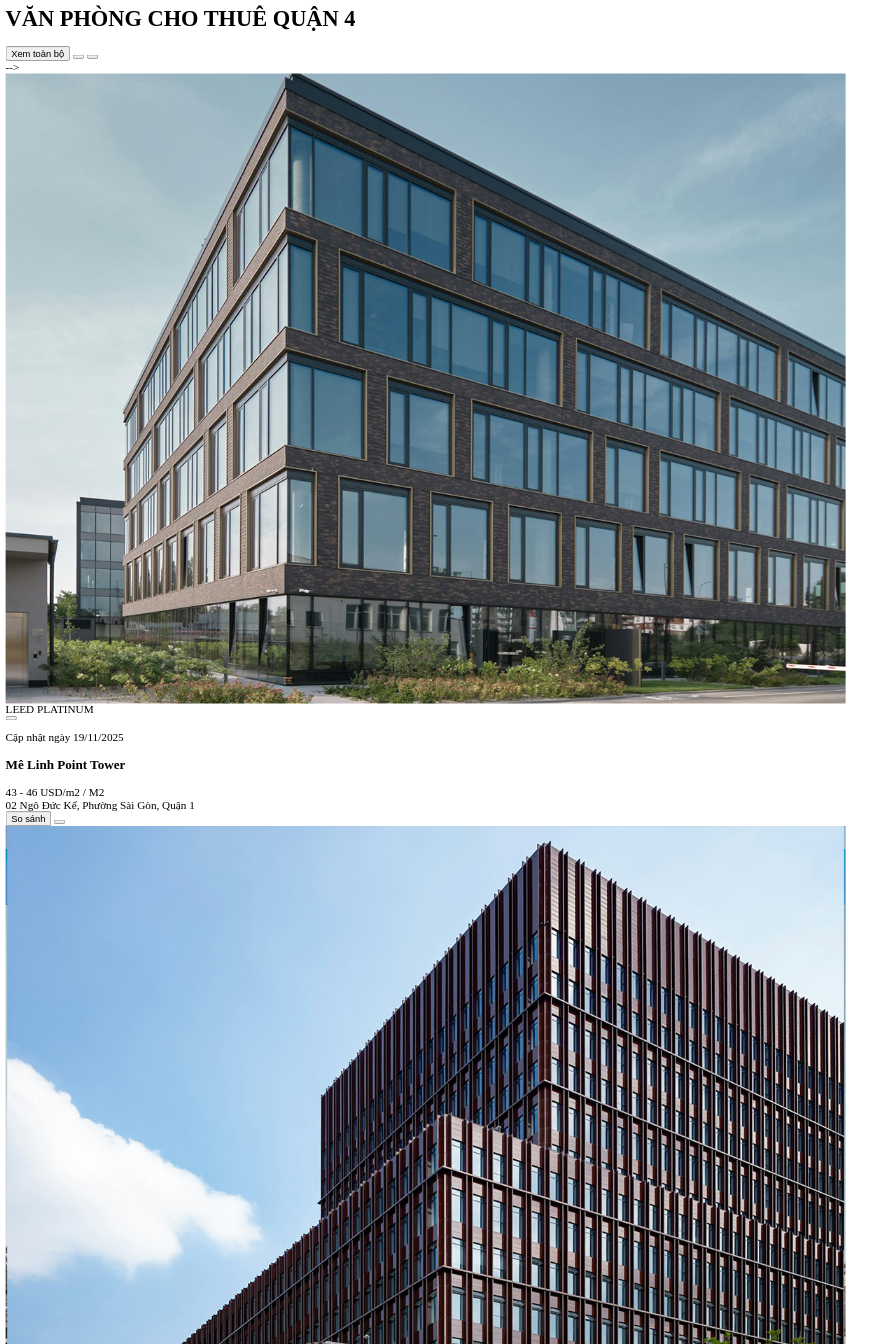
Repository: HuyTranTuan/anphuholdings
Page: partials/office-rental/office-rental-ward-4.html
The author's editor kept a copy of each file at every save. The page is drawn from the files as they stood at one save, then again after the next save.
The browser window is 1280 px wide. The pictures show the part of the page from y = 0 to 1920 px (the page is 4411 px tall before and 4393 px after), at 70% of full size.

Above is the page before, as saved 2025-12-22 14:25:05.

### partials/office-rental/office-rental-ward-4.html
<div class="mx-auto ">
    <div class="mb-8 flex items-center justify-between">
        <h1 data-aos="fade" data-aos-duration="1000" data-aos-easing="ease-in-out" class="text-3xl font-bold text-navy">
            VĂN PHÒNG CHO THUÊ QUẬN 4
        </h1>
        <div data-aos="fade-up" data-aos-duration="1000" data-aos-easing="ease-in-out" class="flex gap-3">
            <button class="rounded-lg bg-navy px-5 py-2 text-white transition hover:bg-navy-light">
                Xem toàn bộ
            </button>
            <button class="rounded-lg border border-gray-300 p-2 transition hover:bg-gold/10">
                <i class="fas fa-chevron-left text-navy"></i>
            </button>
            <button class="rounded-lg border border-gray-300 p-2 transition hover:bg-gold/10">
                <i class="fas fa-chevron-right text-navy"></i>
            </button>
        </div> -->
        <!-- <div data-include="./partials/office-rental/view-full-details.html"></div>
    </div>

    <div data-aos="fade-left" data-aos-duration="1000" data-aos-easing="ease-in-out" data-aos-offset="150"
        class="swiper-wrapper grid grid-cols-1 gap-6 md:grid-cols-2 lg:grid-cols-4">
        <!-- Card 1 -->
        <div class="swiper-slide overflow-hidden rounded-2xl bg-white shadow-md transition hover:shadow-lg">
            <div class="swiper-sliderelative">
                <div class="flex h-48 items-center justify-center bg-slate-200">
                    <img src="assets/images/detail/detail-40.jpg" alt="" class="block w-full h-full object-cover">
                </div>
                <div class="absolute left-3 top-2 rounded bg-gold px-2 py-1 text-xs font-semibold text-white">
                    LEED PLATINUM
                </div>
                <button class="absolute right-3 top-3 rounded-lg bg-white p-2 shadow transition hover:bg-gray-50">
                    <i class="far fa-heart text-gold"></i>
                </button>
            </div>

            <div class="p-4">
                <p class="mb-1 text-sm text-gray-500">
                    Cập nhật ngày 19/11/2025
                </p>
                <h3 class="mb-3 text-lg font-semibold text-navy">
                    Mê Linh Point Tower
                </h3>

                <div class="mb-2 flex items-center gap-2">
                    <i class="fas fa-tag text-sm text-navy"></i>
                    <span class="font-semibold text-gold">43 - 46 USD/m2</span>
                    <span class="text-gray-600">/ M2</span>
                </div>

                <div class="mb-4 flex items-start gap-2 text-sm text-gray-600">
                    <i class="fas fa-map-marker-alt mt-1 text-navy"></i>
                    <span>02 Ngô Đức Kế, Phường Sài Gòn, Quận 1</span>
                </div>

                <div class="flex items-center justify-between">
                    <button
                        class="rounded-xl border border-navy px-4 py-2 text-sm text-navy transition hover:bg-navy hover:text-white">
                        So sánh
                    </button>
                    <button class="rounded-xl border border-gray-300 p-2 transition hover:bg-gold/10">
                        <i class="far fa-clone text-navy"></i>
                    </button>
                </div>
            </div>
        </div>

        <!-- Card 2 -->
        <div class="swiper-slide overflow-hidden rounded-2xl bg-white shadow-md transition hover:shadow-lg">
            <div class="relative">
                <div class="flex h-48 items-center justify-center bg-slate-200">
                    <img src="assets/images/detail/detail-41.jpg" alt="" class="block w-full h-full object-cover">
                </div>
                <div class="absolute left-3 top-3 rounded bg-gold px-2 py-1 text-xs font-semibold text-white">
                    LEED PLATINUM
                </div>
                <button class="absolute right-3 top-3 rounded-lg bg-white p-2 shadow transition hover:bg-gray-50">
                    <i class="far fa-heart text-gold"></i>
                </button>
            </div>

            <div class="p-4">
                <p class="mb-1 text-sm text-gray-500">
                    Cập nhật ngày 19/11/2025
                </p>
                <h3 class="mb-3 text-lg font-semibold text-navy">
                    Vietcombank Tower
                </h3>

                <div class="mb-2 flex items-center gap-2">
                    <i class="fas fa-tag text-sm text-navy"></i>
                    <span class="font-semibold text-gold">53 - 55 USD/m2</span>
                    <span class="text-gray-600">/ M2</span>
                </div>

                <div class="mb-4 flex items-start gap-2 text-sm text-gray-600">
                    <i class="fas fa-map-marker-alt mt-1 text-navy"></i>
                    <span>5 Công Trường Mê Linh, Quận 1</span>
                </div>

                <div class="flex items-center justify-between">
                    <button
                        class="rounded-xl border border-navy px-4 py-2 text-sm text-navy transition hover:bg-navy hover:text-white">
                        So sánh
                    </button>
                    <button class="rounded-xl border border-gray-300 p-2 transition hover:bg-gold/10">
                        <i class="far fa-clone text-navy"></i>
                    </button>
                </div>
            </div>
        </div>

        <!-- Card 3 -->
        <div class="swiper-slide overflow-hidden rounded-2xl bg-white shadow-md transition hover:shadow-lg">
            <div class="relative">
                <div class="flex h-48 items-center justify-center bg-slate-200">
                    <img src="assets/images/detail/detail-42.jpg" alt="" class="block w-full h-full object-cover">
                </div>
                <div class="absolute left-3 top-3 rounded bg-gold px-2 py-1 text-xs font-semibold text-white">
                    LEED PLATINUM
                </div>
                <button class="absolute right-3 top-3 rounded-lg bg-white p-2 shadow transition hover:bg-gray-50">
                    <i class="far fa-heart text-gold"></i>
                </button>
            </div>

            <div class="p-4">
                <p class="mb-1 text-sm text-gray-500">
                    Cập nhật ngày 21/11/2025
                </p>
                <h3 class="mb-3 text-lg font-semibold text-navy">
                    Sonatus Building
                </h3>

                <div class="mb-2 flex items-center gap-2">
                    <i class="fas fa-tag text-sm text-navy"></i>
                    <span class="font-semibold text-gold">43 - 45 USD/m2</span>
                    <span class="text-gray-600">/ M2</span>
                </div>

                <div class="mb-4 flex items-start gap-2 text-sm text-gray-600">
                    <i class="fas fa-map-marker-alt mt-1 text-navy"></i>
                    <span>15 Lê Thánh Tôn, Quận 1</span>
                </div>

                <div class="flex items-center justify-between">
                    <button
                        class="rounded-xl border border-navy px-4 py-2 text-sm text-navy transition hover:bg-navy hover:text-white">
                        So sánh
                    </button>
                    <button class="rounded-xl border border-gray-300 p-2 transition hover:bg-gold/10">
                        <i class="far fa-clone text-navy"></i>
                    </button>
                </div>
            </div>
        </div>

        <!-- Card 4 -->
        <div class="overflow-hidden rounded-2xl bg-white shadow-md transition hover:shadow-lg">
            <div class="relative">
                <div class="flex h-48 items-center justify-center bg-slate-200">
                    <img src="assets/images/detail/detail-43.jpg" alt="" class="block w-full h-full object-cover">
                </div>
                <div class="absolute left-3 top-3 rounded bg-gold px-2 py-1 text-xs font-semibold text-white">
                    LEED PLATINUM
                </div>
                <button class="absolute right-3 top-3 rounded-lg bg-white p-2 shadow transition hover:bg-gray-50">
                    <i class="far fa-heart text-gold"></i>
                </button>
            </div>

            <div class="p-4">
                <p class="mb-1 text-sm text-gray-500">
                    Cập nhật ngày 20/11/2025
                </p>
                <h3 class="mb-3 text-lg font-semibold text-navy">
                    VOV Building
                </h3>

                <div class="mb-2 flex items-center gap-2">
                    <i class="fas fa-tag text-sm text-navy"></i>
                    <span class="font-semibold text-gold">21 - 25 USD/m2</span>
                    <span class="text-gray-600">/ M2</span>
                </div>

                <div class="mb-4 flex items-start gap-2 text-sm text-gray-600">
                    <i class="fas fa-map-marker-alt mt-1 text-navy"></i>
                    <span>7 Nguyễn Thị Minh Khai, Quận 1</span>
                </div>

                <div class="flex items-center justify-between">
                    <button
                        class="rounded-xl border border-navy px-4 py-2 text-sm text-navy transition hover:bg-navy hover:text-white">
                        So sánh
                    </button>
                    <button class="rounded-xl border border-gray-300 p-2 transition hover:bg-gold/10">
                        <i class="far fa-clone text-navy"></i>
                    </button>
                </div>
            </div>
        </div>
    </div>
</div>

After the next save:
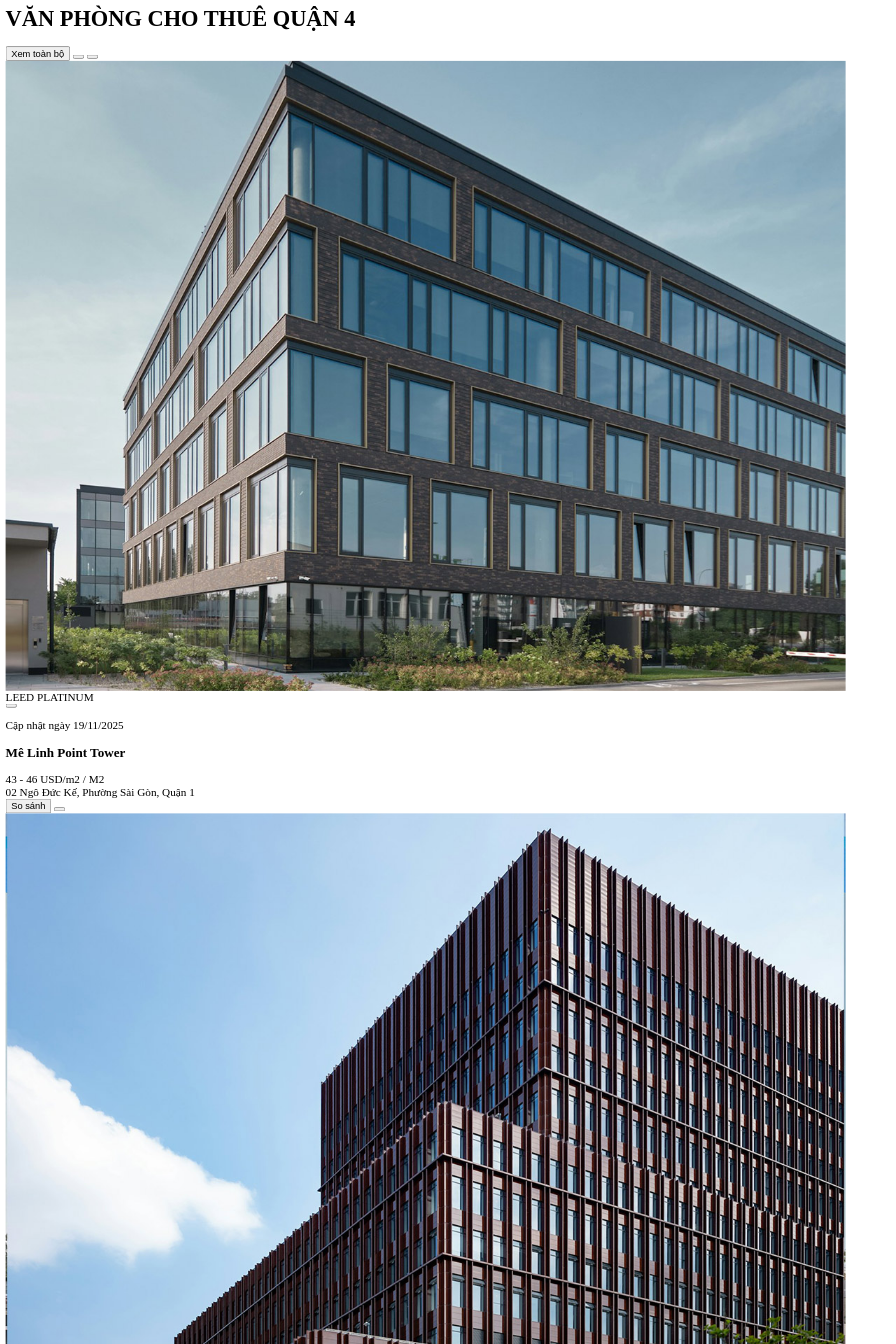
Saved 38 s later.
--- a/partials/office-rental/office-rental-ward-4.html
+++ b/partials/office-rental/office-rental-ward-4.html
@@ -13,8 +13,8 @@
             <button class="rounded-lg border border-gray-300 p-2 transition hover:bg-gold/10">
                 <i class="fas fa-chevron-right text-navy"></i>
             </button>
-        </div> -->
-        <!-- <div data-include="./partials/office-rental/view-full-details.html"></div>
+        </div>
+        <!-- <div data-include="./partials/office-rental/view-full-details.html"></div> -->
     </div>
 
     <div data-aos="fade-left" data-aos-duration="1000" data-aos-easing="ease-in-out" data-aos-offset="150"
